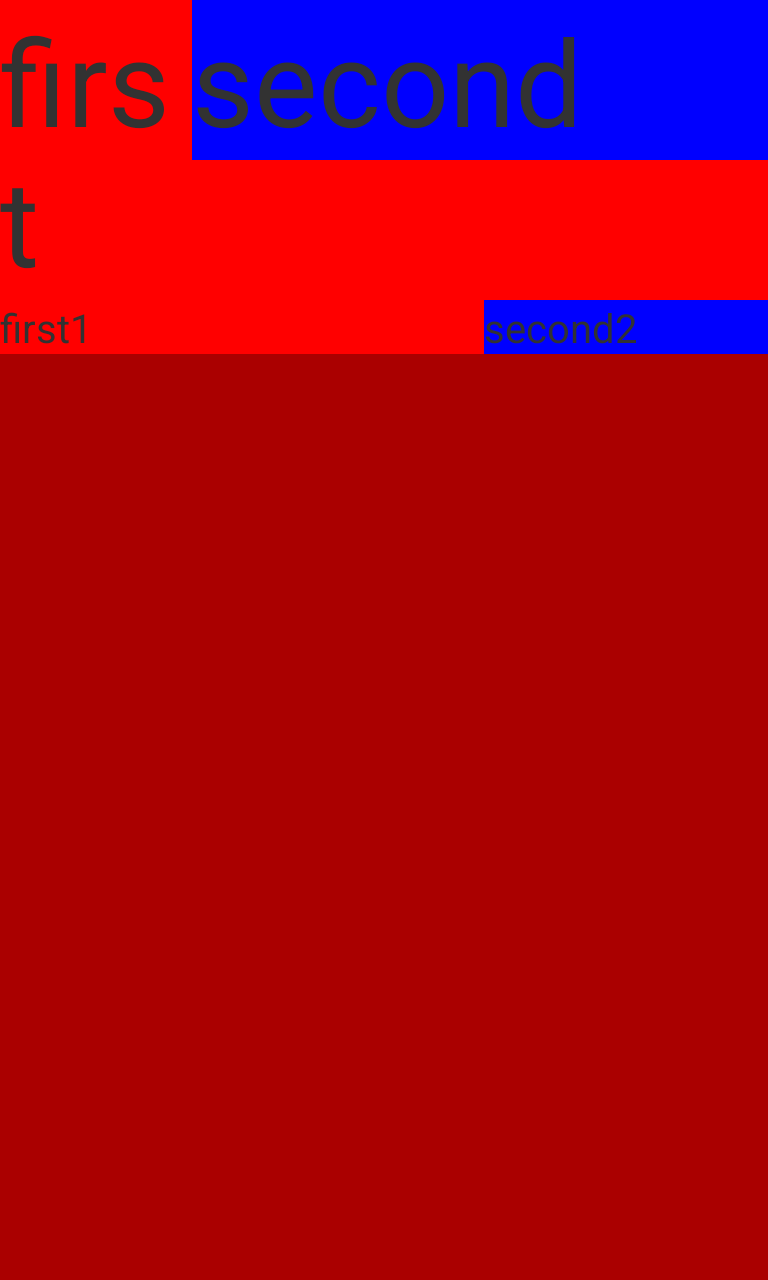
Repository: mrhanliang/Android_4.2
Layout: S01_E12_LinearLayout/res/layout/activity_main.xml
The author's editor kept a copy of each file at every save. The layout is drawn from the files as they stood at one save, then again after the next save.
It is drawn on a 768 x 1280 px phone screen (xhdpi) without system bars, with theme AppTheme; the app's code is not run.

Above is the layout before, as saved 2015-12-01 14:26:32.

After the next save:
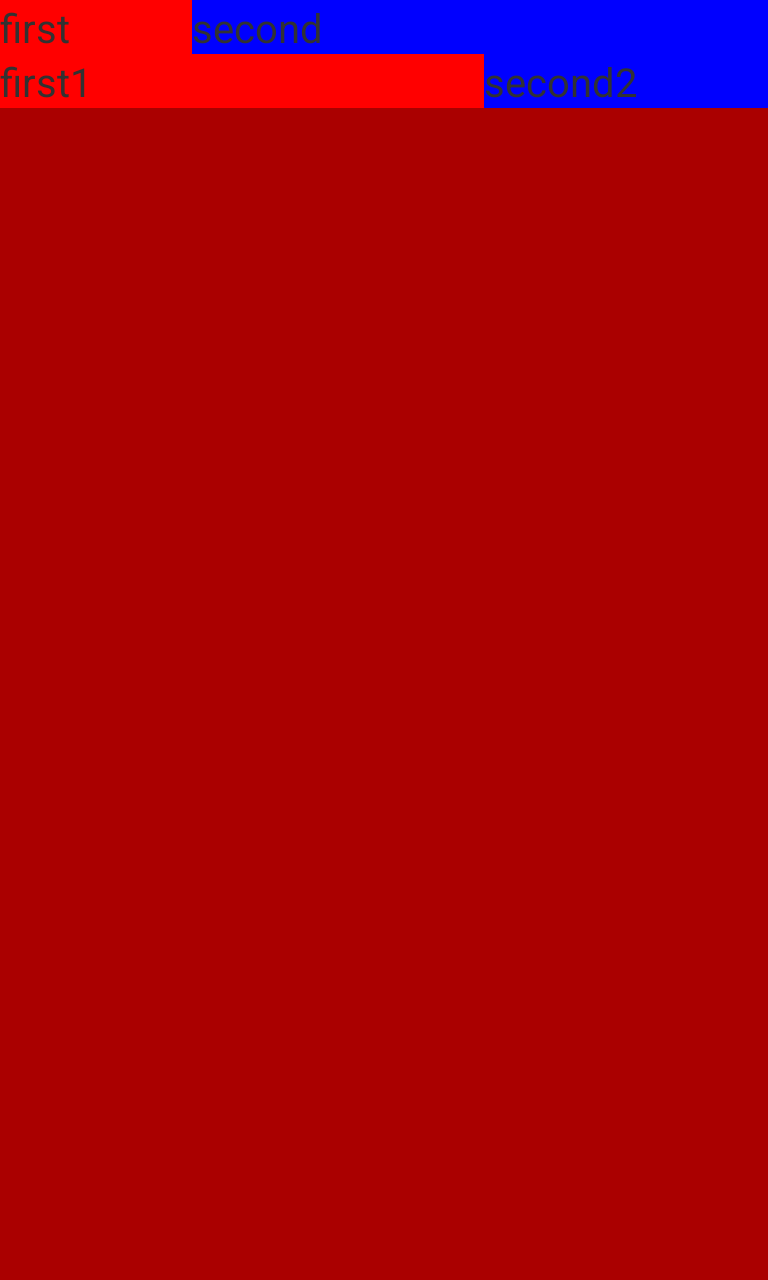
Saved 34 s later.
--- a/S01_E12_LinearLayout/res/layout/activity_main.xml
+++ b/S01_E12_LinearLayout/res/layout/activity_main.xml
@@ -15,7 +15,7 @@
         <TextView
             android:layout_width="0dp"
             android:layout_height="wrap_content"
-            android:textSize="60dp"
+            android:textSize="20dp"
             android:layout_weight="1"
             android:text="first"
             />
@@ -23,7 +23,7 @@
         <TextView
             android:layout_width="0dp"
             android:layout_height="wrap_content"
-            android:textSize="60dp"
+            android:textSize="20dp"
             android:background="#0000ff"
             android:layout_weight="3"
             android:text="second"
